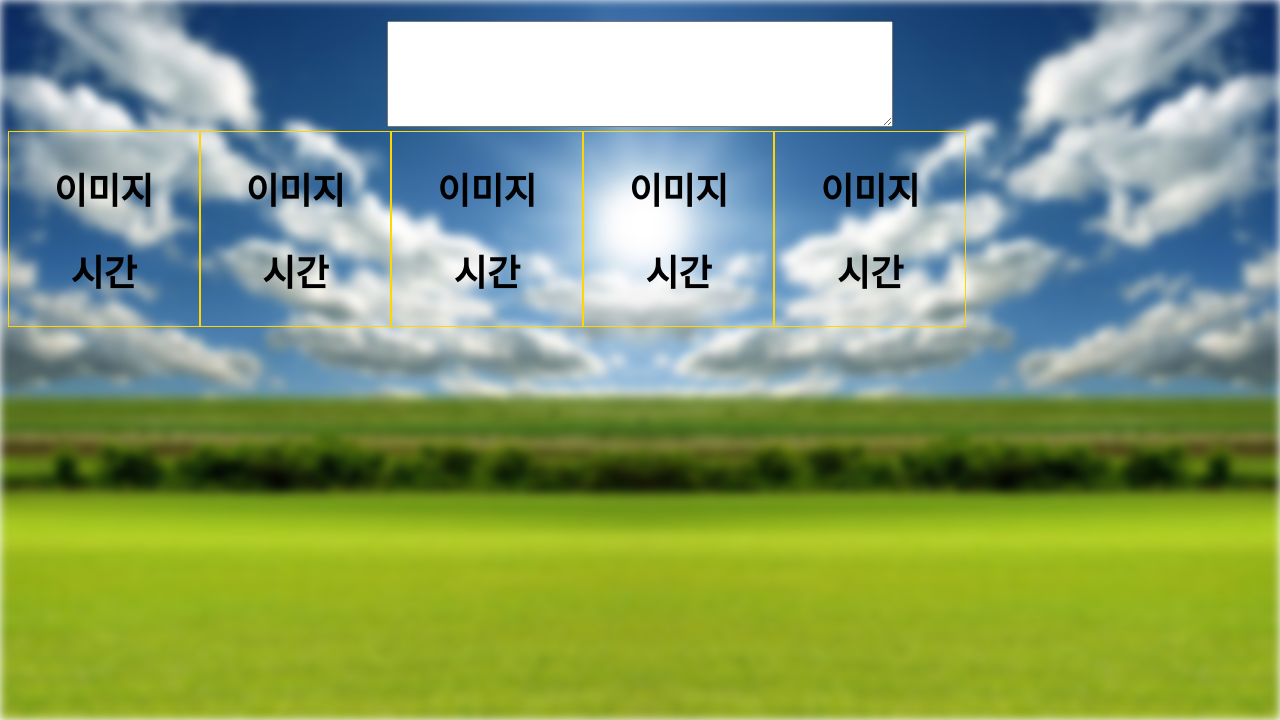
Repository: RyoTTa/4-1-Web-Programming
Page: SoloProject/Project/WebContent/index.html
These files come from the project's save history. The page is drawn as it stood at one moment and after the next save; the edit follows.
The browser window is 1280 px wide. The pictures show the whole page.
The page's requests for data from a server got no answer.

Above is the page before, as saved 2020-05-05 14:41:47.

After the next save:
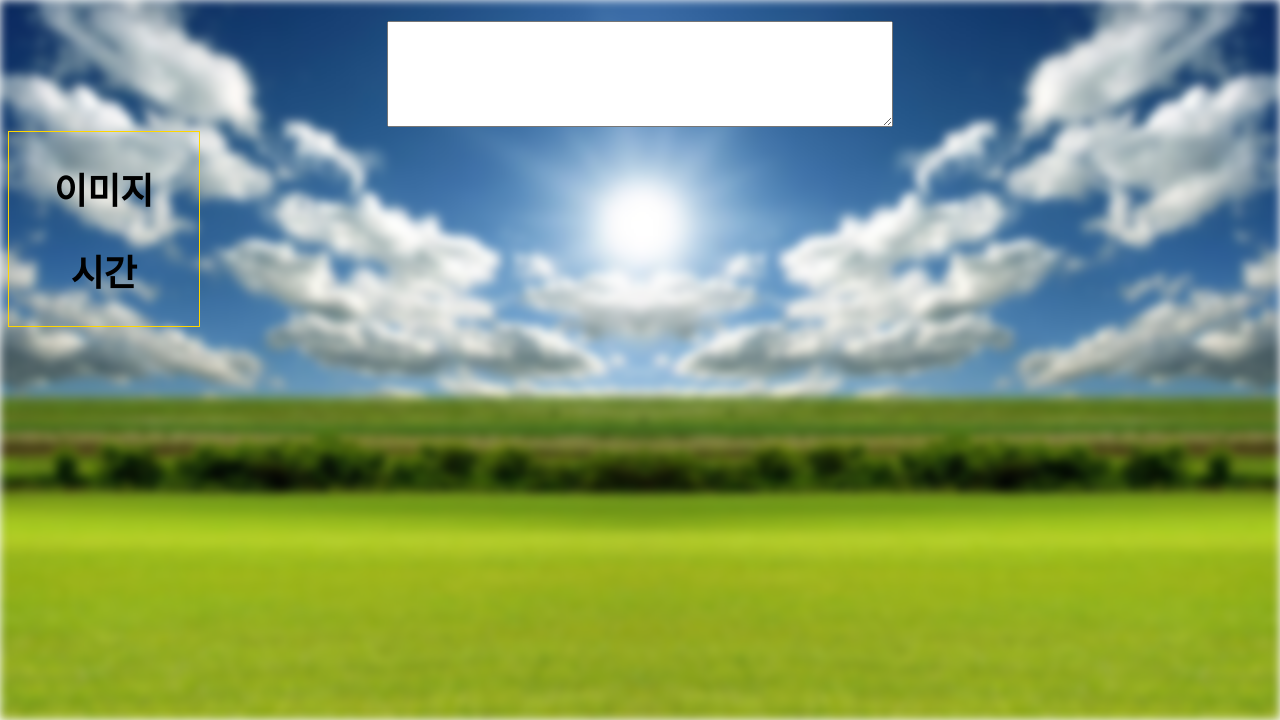
Saved 115 s later.
--- a/SoloProject/Project/WebContent/index.html
+++ b/SoloProject/Project/WebContent/index.html
@@ -14,59 +14,18 @@
 			<div><h1 id="current_weather"></h1></div>
 			<div><textarea id="chatLog" class="contents" readonly style="width:500px; height:100px"></textarea></div>
 		</center>
+	</div>
+	<div style="border: 1px solid gold; float: left; width: 15%;"><h2 id="current_time" >
+		<center>
+			<div>
+				<h2>이미지</h2>
+			</div>
+			<div>
+				<h2>시간</h2>
+			</div>
+		</center>
+	</div>
 
-		<div style="border: 1px solid gold; float: left; left: 100%; width: 15%;"><h2 id="current_time" >
-			<center>
-				<div>
-					<h2>이미지</h2>
-				</div>
-				<div>
-					<h2>시간</h2>
-				</div>
-			</center>
-		</div>
-		<div style="border: 1px solid gold; float: left; width: 15%;"><h2 id="current_time" >
-			<center>
-				<div>
-					<h2>이미지</h2>
-				</div>
-				<div>
-					<h2>시간</h2>
-				</div>
-			</center>
-		</div>
-		<div style="border: 1px solid gold; float: left; width: 15%;"><h2 id="current_time" >
-			<center>
-				<div>
-					<h2>이미지</h2>
-				</div>
-				<div>
-					<h2>시간</h2>
-				</div>
-			</center>
-		</div>
-		<div style="border: 1px solid gold; float: left; width: 15%;"><h2 id="current_time" >
-			<center>
-				<div>
-					<h2>이미지</h2>
-				</div>
-				<div>
-					<h2>시간</h2>
-				</div>
-			</center>
-		</div>
-		<div style="border: 1px solid gold; float: left; width: 15%;"><h2 id="current_time" >
-			<center>
-				<div>
-					<h2>이미지</h2>
-				</div>
-				<div>
-					<h2>시간</h2>
-				</div>
-			</center>
-		</div>
-
-	</div>
 
 
 
